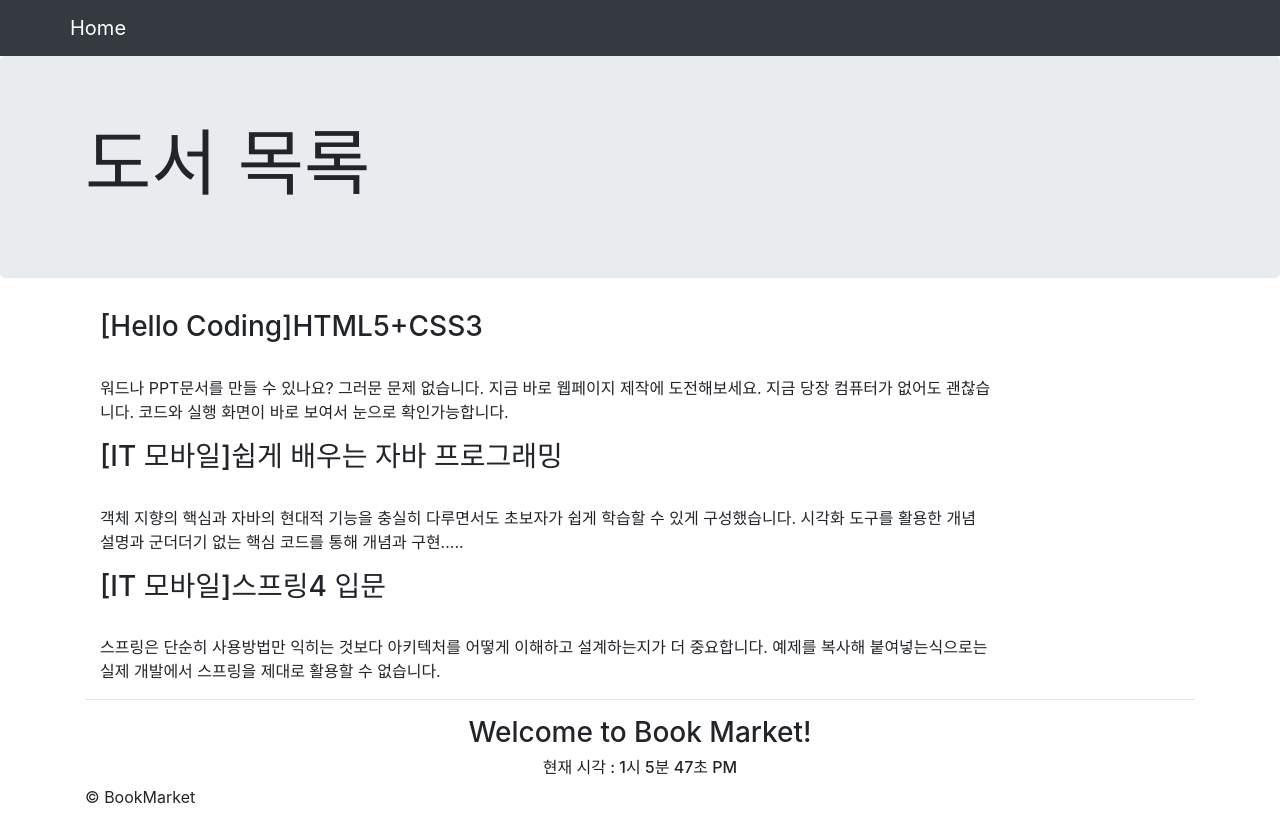
Repository: CheolHo-0428/JSP-Web-Programming
Page: http://localhost/BookMarket/books.jsp
An editor plug-in stored every save of this project. The page is shown before and after the next save, followed by the edit.
The browser window is 1280 px wide. The pictures show the whole page.
The page is served by Tomcat 9.

Above is the page before, as saved 2021-05-09 08:35:33.

### BookMarket/src/main/webapp/books.jsp
<%@ page language="java" contentType="text/html; charset=UTF-8"
    pageEncoding="UTF-8"%>
<%@ page import = "java.util.ArrayList" %>
<%@ page import = "dto.Book"%>
<jsp:useBean id="bookDAO" class="dao.BookRepository" scope="page"></jsp:useBean>
<!DOCTYPE html>
<html>
<head>
<meta charset="UTF-8">
<title>도서 목록</title>
</head>
<!-- Bootstrap CSS -->
    <link href="https://maxcdn.bootstrapcdn.com/bootstrap/4.0.0/css/bootstrap.min.css"
    	rel="stylesheet">
<body>
	<jsp:include page="menu.jsp"></jsp:include>

	<div class = "jumbotron">
		<div class = "container">
			<h1 class = "display-3">도서 목록</h1>
		</div>
	</div>

	<%
		ArrayList<Book> listOfBooks = bookDAO.getAllBooks();
	%>
	<div class="container">
		<div class="column" align="left">
			<% for(int i=0; i<listOfBooks.size(); i++){
				Book book = listOfBooks.get(i);
			%>
			<div class = "col-md-10">
				<h3><%= book.getCategory()%><%=book.getName()%></h3><br>
				<p><%= book.getDescription() %></p>
				<p></p>
			</div>
			<%
				}
			%>
		</div>
		<hr>
	</div>
	<jsp:include page="footer.jsp"></jsp:include>
</body>
</html>

### BookMarket/src/main/webapp/menu.jsp
<%@ page language="java" contentType="text/html; charset=UTF-8"
    pageEncoding="UTF-8"%>
<!DOCTYPE html>
<html>
<head>
<meta charset="UTF-8">
<title>Insert title here</title>
</head>
<body>
	<nav class="navbar navbar-expand navbar-dark bg-dark">
		<div class="container">
			<div class = "navbar-header">
				<a class = "navbar-brand" href="./welcome.jsp">Home</a>
			</div>
		</div>
	</nav>
</body>
</html>

### BookMarket/src/main/webapp/footer.jsp
<%@ page language="java" contentType="text/html; charset=UTF-8"
    pageEncoding="UTF-8"%>
<%@ page import="java.util.Date" %>
<!DOCTYPE html>
<html>
<head>
<meta charset="UTF-8">
<title>Insert title here</title>
</head>
<body>
	<%
		String tagline = "Welcome to Book Market!";

		Date day = new Date();
		String am_pm;
		int hour = day.getHours();
		int minute = day.getMinutes();
		int second = day.getSeconds();
		if(hour/12 == 0){
			am_pm = "AM";
		} else {
			am_pm = "PM";
			hour = hour-12;
		}
		String CT = hour + "시 " + minute + "분 " + second + "초 " + am_pm;
	%>

	<div class = "container">
		<div class = "text-center">
			<h3><%= tagline %></h3>
			<h6>현재 시각 : <%= CT %></h6>
		</div>
	</div>


	<footer class = "container">
		<p>&copy; BookMarket</p>
	</footer>
</body>
</html>

### BookMarket/src/main/java/dao/BookRepository.java
package dao;

import java.util.ArrayList;
import dto.Book;

public class BookRepository {
	ArrayList<Book> listOfBooks = new ArrayList<Book>();

	public BookRepository() {
		Book html = new Book("P1234", "HTML5+CSS3", 15000);
		html.setAuthor("황재호");
		html.setDescription("워드나 PPT문서를 만들 수 있나요? 그러문 문제 없습니다. 지금 바로 웹페이지 제작에 도전해보세요. 지금 당장 컴퓨터가 없어도 괜찮습니다. 코드와 실행 화면이 바로 보여서 눈으로 확인가능합니다.");
		html.setPublisher("한빛미디어");
		html.setCategory("[Hello Coding]");
		html.setUnitsInStock(1000L);
		html.setCondition("신규도서");

		Book it = new Book("P1235", "쉽게 배우는 자바 프로그래밍", 27000);
		it.setAuthor("우종중");
		it.setDescription("객체 지향의 핵심과 자바의 현대적 기능을 충실히 다루면서도 초보자가 쉽게 학습할 수 있게 구성했습니다. 시각화 도구를 활용한 개념 설명과 군더더기 없는 핵심 코드를 통해 개념과 구현.....");
		it.setPublisher("한빛아카데미");
		it.setCategory("[IT 모바일]");
		it.setUnitsInStock(1000L);
		it.setCondition("중고도서");

		Book spring = new Book("P1236", "스프링4 입문", 27000);
		spring.setAuthor("하세가와 유이치, 오모노 와타루, 토키 코헤이(권은철, 전민수)");
		spring.setDescription("스프링은 단순히 사용방법만 익히는 것보다 아키텍처를 어떻게 이해하고 설계하는지가 더 중요합니다. 예제를 복사해 붙여넣는식으로는 실제 개발에서 스프링을 제대로 활용할 수 없습니다.");
		spring.setPublisher("한빛미디어");
		spring.setCategory("[IT 모바일]");
		spring.setUnitsInStock(1000L);
		spring.setCondition("E-Book");

		listOfBooks.add(html);
		listOfBooks.add(it);
		listOfBooks.add(spring);
	}

	public ArrayList<Book> getAllBooks(){
		return listOfBooks;
	}
}

### BookMarket/src/main/java/dto/Book.java
package dto;

import java.io.Serializable;

public class Book implements Serializable {
	private String bookId;			//도서 아이디
	private String name;			//도서명
	private Integer unitPrice;		//가격
	private String author;			//저자
	private String description; 	//설명
	private String publisher;		//출판사
	private String category;		//분류
	private long unitsInStock;		//재고 수
	private long totalPages;		//페이지 수
	private String releaseDate;		//출판일(월/년)
	private String condition;		//신규 도서 or 중고 도서 or E-Book

	public Book() {
		super();
	}

	public Book(String bookId, String name, Integer unitPrice) {
		super();
		this.bookId = bookId;
		this.name = name;
		this.unitPrice = unitPrice;
	}

	public String getBookId() {
		return bookId;
	}

	public void setBookId(String bookId) {
		this.bookId = bookId;
	}

	public String getName() {
		return name;
	}

	public void setName(String name) {
		this.name = name;
	}

	public Integer getUnitPrice() {
		return unitPrice;
	}

	public void setUnitPrice(Integer unitPrice) {
		this.unitPrice = unitPrice;
	}

	public String getAuthor() {
		return author;
	}

	public void setAuthor(String author) {
		this.author = author;
	}

	public String getDescription() {
		return description;
	}

	public void setDescription(String description) {
		this.description = description;
	}

	public String getPublisher() {
		return publisher;
	}

	public void setPublisher(String publisher) {
		this.publisher = publisher;
	}

	public String getCategory() {
		return category;
	}

	public void setCategory(String category) {
		this.category = category;
	}

	public long getUnitsInStock() {
		return unitsInStock;
	}

	public void setUnitsInStock(long unitsInStock) {
		this.unitsInStock = unitsInStock;
	}

	public long getTotalPages() {
		return totalPages;
	}

	public void setTotalPages(long totalPages) {
		this.totalPages = totalPages;
	}

	public String getReleaseDate() {
		return releaseDate;
	}

	public void setReleaseDate(String releaseDate) {
		this.releaseDate = releaseDate;
	}

	public String getCondition() {
		return condition;
	}

	public void setCondition(String condition) {
		this.condition = condition;
	}
}

After the next save:
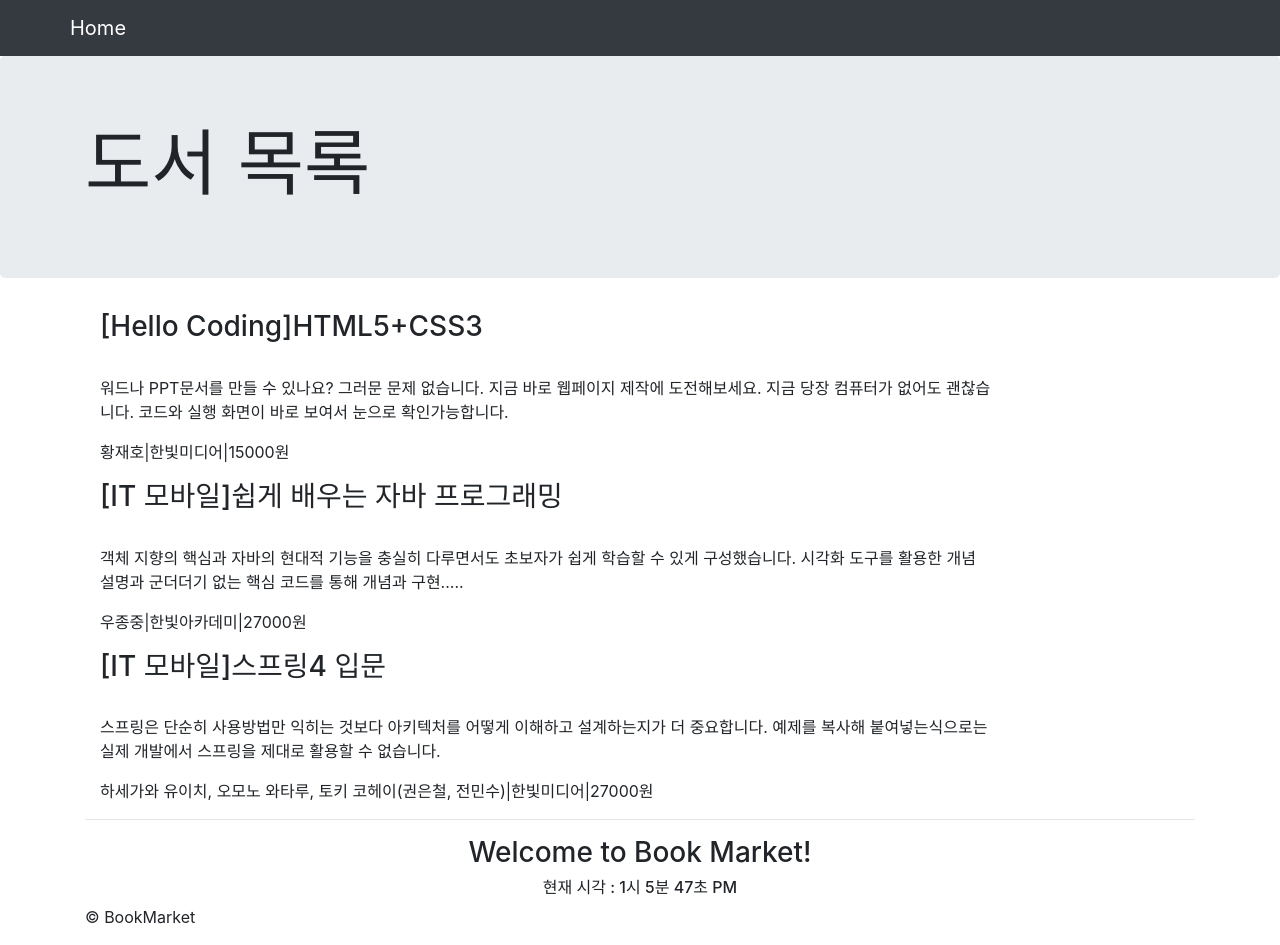
Saved 107 s later.
--- a/BookMarket/src/main/webapp/books.jsp
+++ b/BookMarket/src/main/webapp/books.jsp
@@ -30,8 +30,9 @@
 				Book book = listOfBooks.get(i);
 			%>
 			<div class = "col-md-10">
-				<h3><%= book.getCategory()%><%=book.getName()%></h3><br>
-				<p><%= book.getDescription() %></p>
+				<h3><%=book.getCategory()%><%=book.getName()%></h3><br>
+				<p><%=book.getDescription() %></p>
+				<p><%=book.getAuthor()%>|<%=book.getPublisher()%>|<%=book.getUnitPrice()%>원</p>
 				<p></p>
 			</div>
 			<%
